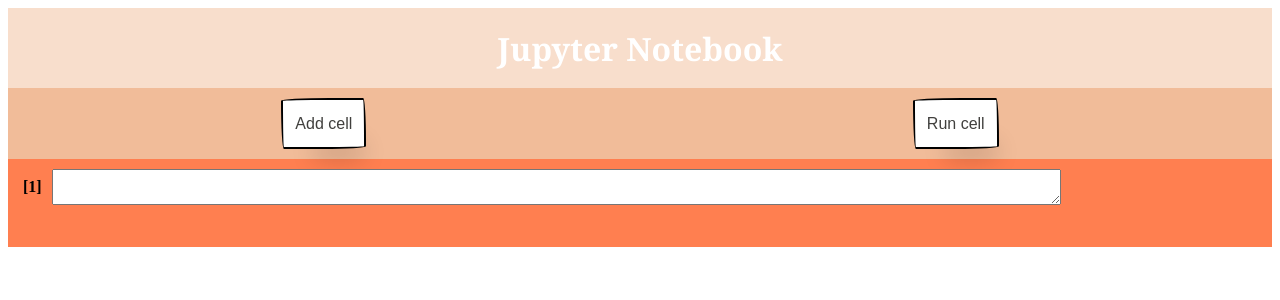
Repository: lingzi-liu/jupyter_notebook_prototype
Page: http://localhost/
An editor plug-in stored every save of this project. The page is shown before and after the next save, followed by the edit.
The browser window is 1280 px wide. The pictures show the whole page.
The page is served by the project's application, run on Flask 3 (app.py).

Above is the page before, as saved 2022-11-13 03:16:48.

After the next save:
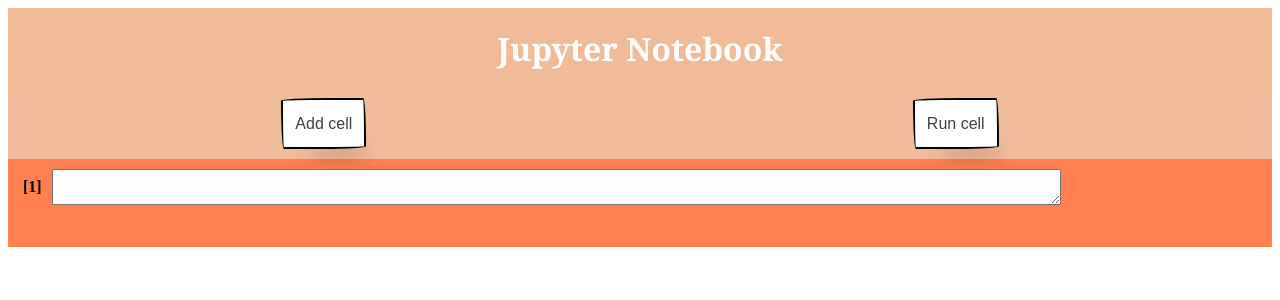
Saved 8 s later.
--- a/static/styles/style.css
+++ b/static/styles/style.css
@@ -1,6 +1,6 @@
 #nav {
   height: 80px;
-  background-color: rgba(228, 126, 58, 0.255);
+  background-color: rgba(228, 126, 58, 0.526);
   font-weight: bold;
   display: flex;
   align-items: center;
